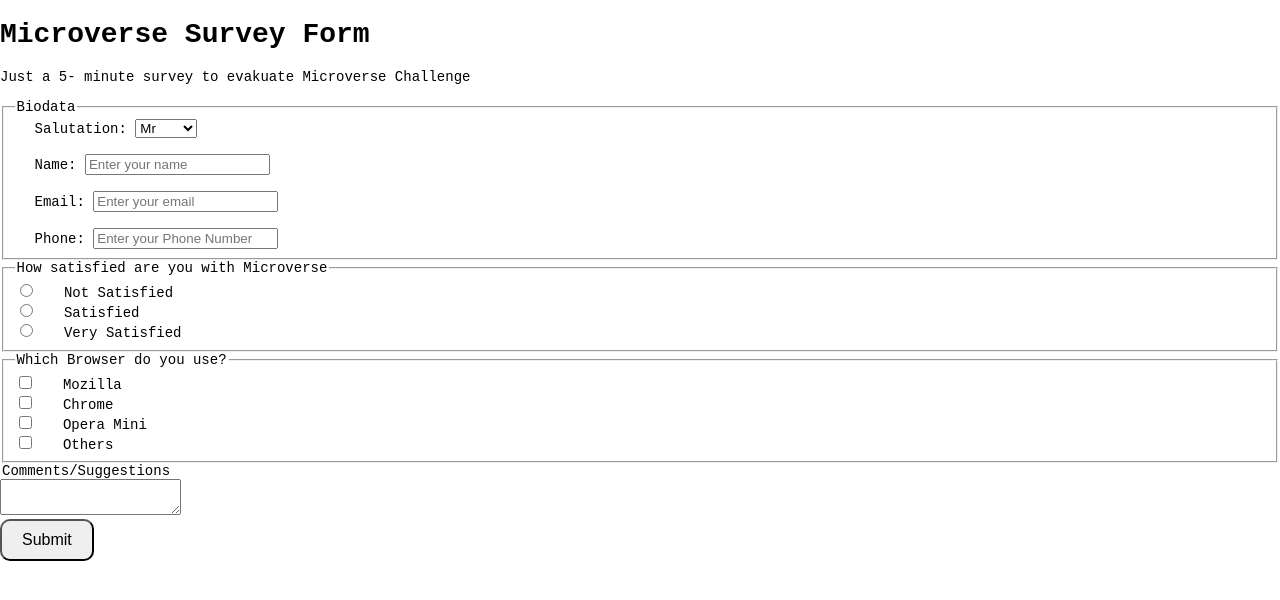
Repository: ahmedmeshref/Microverse-project
Page: index.html
An editor plug-in stored every save of this project. The page is shown before and after the next save, followed by the edit.
The browser window is 1280 px wide. The pictures show the whole page.

Above is the page before, as saved 2019-03-29 16:05:37.

After the next save:
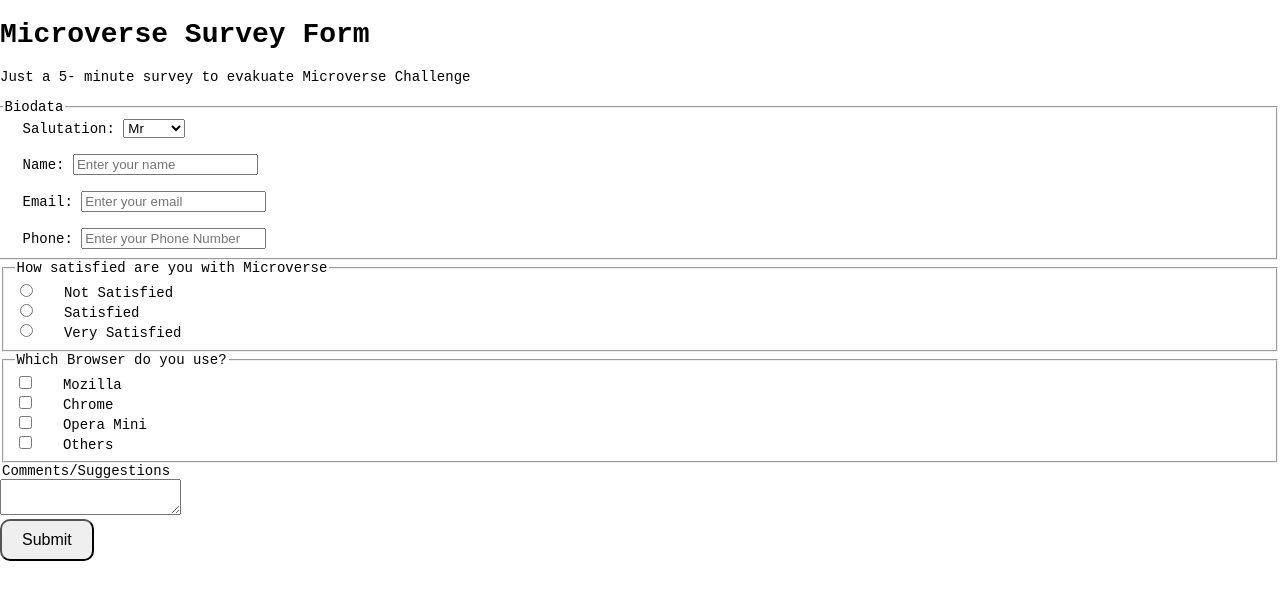
Saved 41 s later.
--- a/css/style.css
+++ b/css/style.css
@@ -13,7 +13,7 @@
 .bio {}
 
 #intro {
-    margin-top: 10px;
+    margin-left: -10px;
 }
 
 label {
